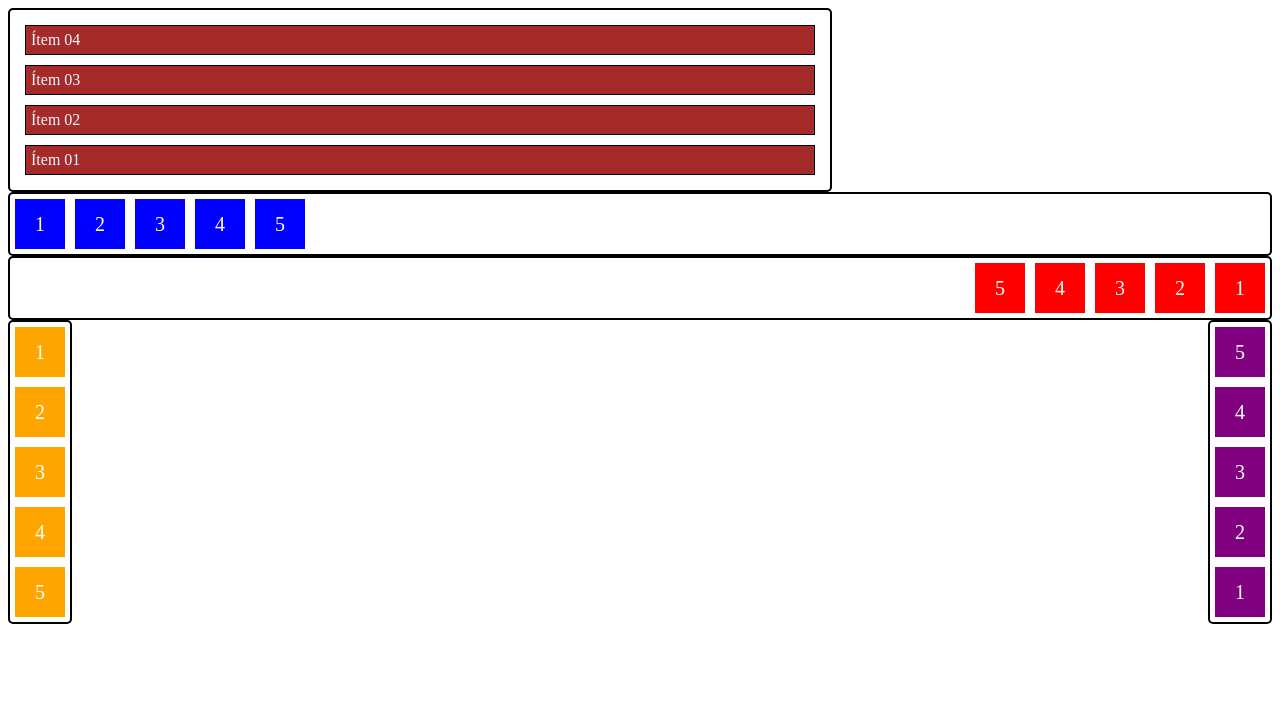
Repository: ozielms/flexbox
Page: outros/flexbox-master/index.html
The author's editor kept a copy of each file at every save. The page is drawn from the files as they stood at one save, then again after the next save.
The browser window is 1280 px wide. The pictures show the whole page.

Above is the page before, as saved 2022-04-25 23:53:50.

After the next save:
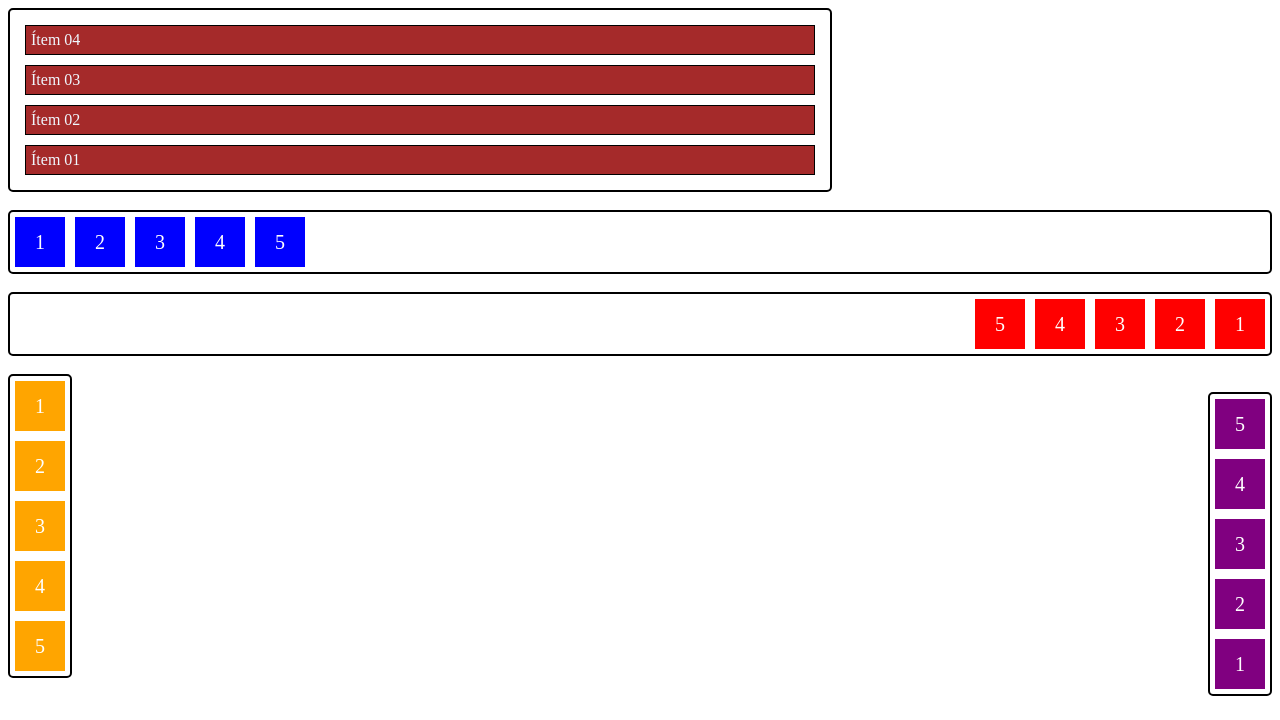
Saved 31 s later.
--- a/outros/flexbox-master/index.html
+++ b/outros/flexbox-master/index.html
@@ -19,6 +19,8 @@
         <div class="filho filho4">Ítem 04</div>
     </div>
 
+    <br>
+
     <ul class="flex-container row">
         <li class="flex-item">1</li>
         <li class="flex-item">2</li>
@@ -27,6 +29,7 @@
         <li class="flex-item">5</li>
     </ul>
 
+    <br>
 
     <ul class="flex-container row-reverse">
         <li class="flex-item">1</li>
@@ -36,6 +39,8 @@
         <li class="flex-item">5</li>
     </ul>
 
+    <br>
+
     <ul class="flex-container colunm">
         <li class="flex-item">1</li>
         <li class="flex-item">2</li>
@@ -43,6 +48,9 @@
         <li class="flex-item">4</li>
         <li class="flex-item">5</li>
     </ul>
+
+    <br>
+
     <ul class="flex-container colunm-reverse">
         <li class="flex-item">1</li>
         <li class="flex-item">2</li>
@@ -51,6 +59,7 @@
         <li class="flex-item">5</li>
     </ul>
 
+    <br>
 
 
 </body>
